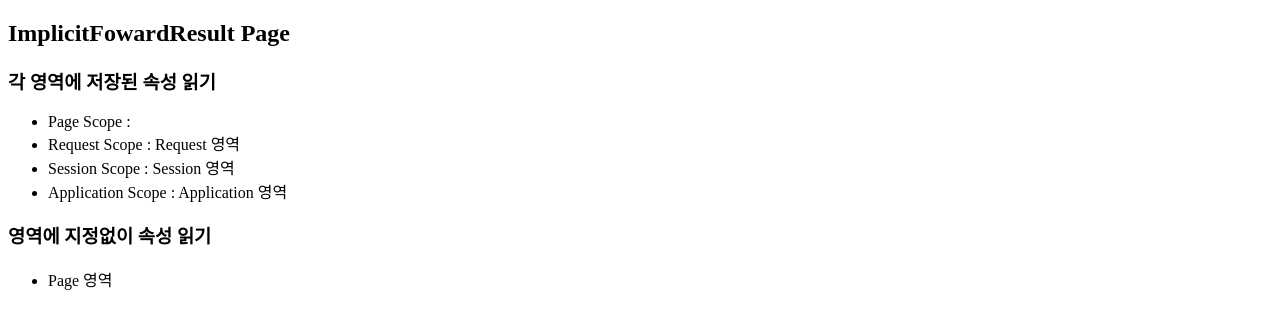
Repository: Jadedvst/Java_JSP-Servlet
Page: http://localhost/MustHaveJSP/10EL/FormResult.jsp
An editor plug-in stored every save of this project. The page is shown before and after the next save, followed by the edit.
The browser window is 1280 px wide. The pictures show the whole page.
The page is served by Tomcat 10.

Above is the page before, as saved 2023-12-19 00:56:09.

After the next save:
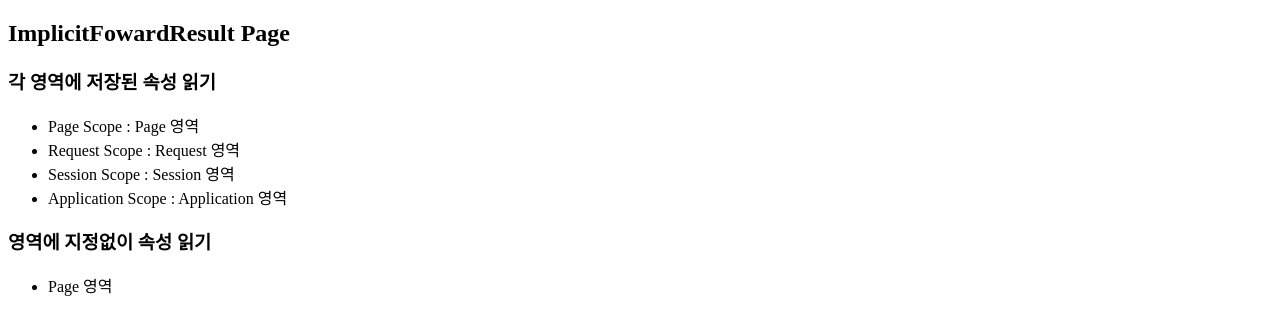
Saved 8 s later.
--- a/MustHaveJSP/src/main/webapp/10EL/FormResult.jsp
+++ b/MustHaveJSP/src/main/webapp/10EL/FormResult.jsp
@@ -16,7 +16,7 @@
 	<h2>ImplicitFowardResult Page</h2>
 	<h3>각 영역에 저장된 속성 읽기</h3>
 	<ul>
-		<li>Page Scope : <%-- ${ pageScope.scopeValue } --%></li>
+		<li>Page Scope : ${ pageScope.scopeValue }</li>
 		<li>Request Scope : ${ requestScope.scopeValue }</li>
 		<li>Session Scope : ${ sessionScope.scopeValue }</li>
 		<li>Application Scope : ${ applicationScope.scopeValue }</li>
